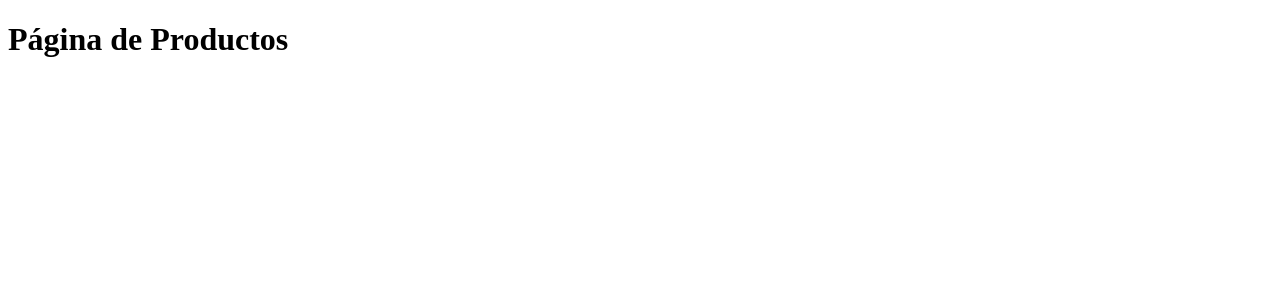
Repository: LadyJohana20/clases
Page: Clase-05-nodesass/public/pages/productos.html
These files come from the project's save history. The page is drawn as it stood at one moment and after the next save; the edit follows.
The browser window is 1280 px wide. The pictures show the whole page.

Above is the page before, as saved 2026-01-26 21:24:59.

After the next save:
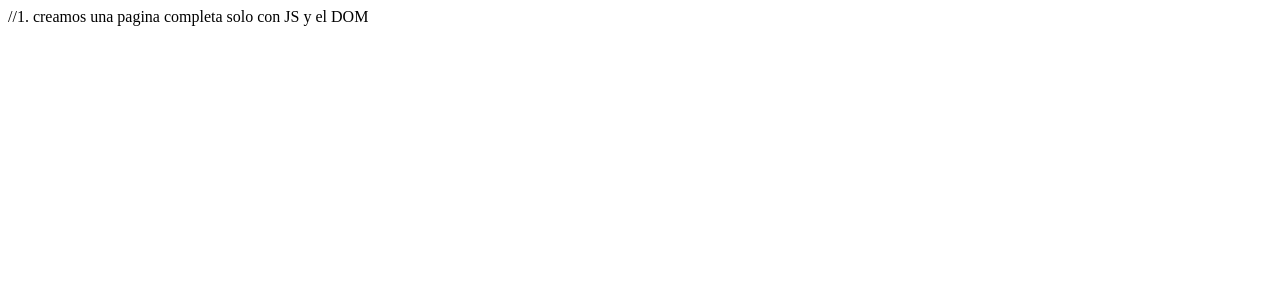
Saved 7 s later.
--- a/Clase-05-nodesass/public/pages/productos.html
+++ b/Clase-05-nodesass/public/pages/productos.html
@@ -6,8 +6,9 @@
     <title>Productos</title>
 </head>
 <body>
-    <h1>
-        Página de Productos
-    </h1>
+    //1. creamos una pagina completa solo con JS y el DOM
+    <div id="principal"></div>
+
+    <script src="../js/productos.js"></script>
 </body>
 </html>
